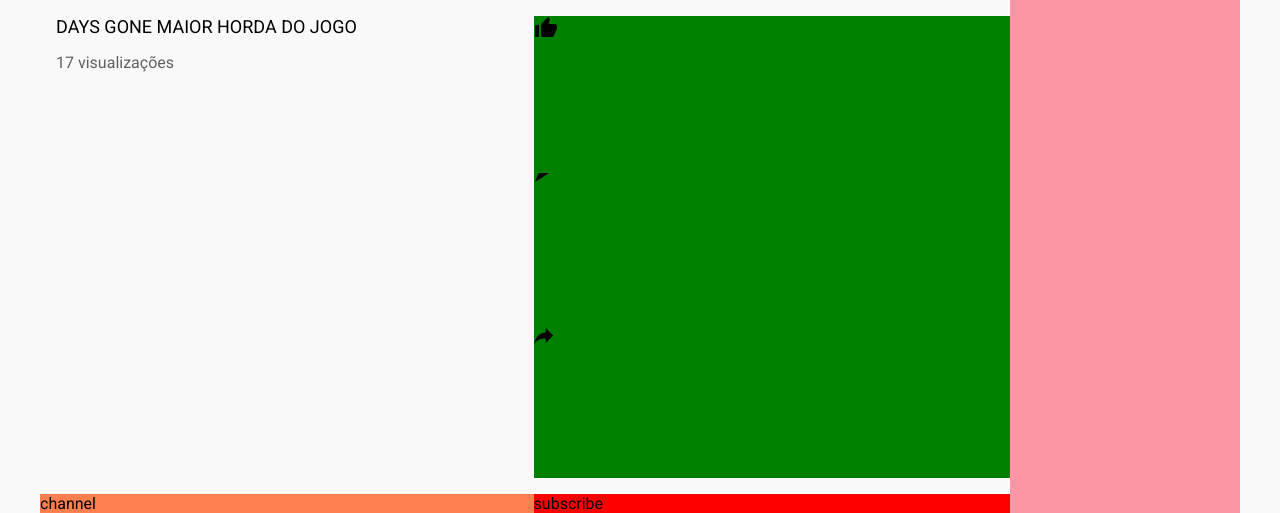
Repository: rafavirginio/clone-do-youtube
Page: index.html
These files come from the project's save history. The page is drawn as it stood at one moment and after the next save; the edit follows.
The browser window is 1280 px wide. The pictures show the part of the page from y = 629 to 1296 px (the page is 1142 px tall before and 1296 px after).

Above is the page before, as saved 2020-10-04 22:25:46.

### index.html
<!DOCTYPE html>
<html lang="pt">

<head>
    <meta charset="UTF-8">
    <meta name="viewport" content="width=device-width, initial-scale=1.0">
    <title>Youtube</title>
    <link rel="stylesheet" href="style.css">
    <link rel="shortcut icon" href="favicon.ico" type="image/x-icon">
    <link href="https://fonts.googleapis.com/css?family=Roboto:400,700&display=swap" rel="stylesheet">
</head>

<body>
    <header>
        <div class="logo">
            <img src="images/youtube.png">
        </div>

        <div class="search">
            <input type="search" placeholder="Pesquisar">
        </div>

        <div class="sign-in">

            <a href="a" class="button">Fazer login </a>
        </div>

    </header>
    <main>
        <section class="video-player">

            <iframe src="https://www.youtube.com/embed/vaApsIZjZYI" frameborder="0" allow="accelerometer; autoplay;
            clipboard-write; encrypted-media; gyroscope; picture-in-picture" allowfullscreen></iframe>
        </section>

        <section class="video-info">
            <h1>DAYS GONE MAIOR HORDA DO JOGO</h1>
            <p class="views">17 visualizações</p>

        </section>
        <section class="actions">
            <div class="action">
                <svg><g><path d="M1
            21h4V9H1v12zm22-11c0-1.1-.9-2-2-2h-6.31l.95-4.57.03-.32c0-.41-.17-.79-.44-1.06L14.17 1 7.59
            7.59C7.22 7.95 7 8.45 7 9v10c0 1.1.9 2 2
            2h9c.83 0 1.54-.5 1.84-1.22l3.02-7.05c.09-
            .23.14-.47.14-.73v-1.91l-.01-.01L23 10z"></path></g></svg>
            </div>

            <div class="action">
                <svg><g><path d="M15 3H6c-.83 0-1.54.5-1.84 1.22l-3.02 7.05c-.09.23-.14.47-.14.73v1.
                    91l.01.01L1 14c0 1.1.9 2 2 2h6.31l-.95 4.57-.03.32c0 .41.17.79.44 1.06L9.83 23l6.59-6.
                    59c.36-.36.58-.86.58-1.41V5c0-1.1-.9-2-2-2zm4 0v12h4V3h-4z"></path></g></svg>
            </div>
            <div class="action">
                <svg><g><path d="M11.7333 8.26667V4L19.2 11.4667L11.7333 18.9333V14.56C6.4 14.56 2.66667 16.2667
                     0 20C1.06667 14.6667 4.26667 9.33333 11.7333 8.26667Z"></path></g></svg>
            </div>
        </section>
        <section class="channel">channel</section>
        <section class="subscribe">subscribe</section>
        <section class="ad">ad</section>
        <section class="up-next">up-next</section>
    </main>


</body>

</html>

### style.css
/* Reset CSS */

* {
    margin: 0;
    padding: 0;
    box-sizing: border-box;
}

body {
    background-color: #f9f9f9;
    font-family: 'roboto', sans-serif;
}

header {
    background-color: white;
    padding: 1rem;
    border-bottom: 2px solid #f2f2f2;
    display: grid;
    grid-template-columns: auto auto auto;
    justify-content: space-between;
    align-items: center;
}

.logo img {
    width: 100px;
}

.search input[type="search"] {
    width: 400px;
    padding: 0.5rem;
    border-radius: 2px;
    border: 1px solid #ccc;
}

.button {
    padding: 0.25rem 1.5rem;
    border: 1px solid #2c5fd5;
    border-radius: 2px;
    color: #2c5fd5;
    font-weight: bold;
    text-decoration: none;
}

main {
    margin: auto;
    display: grid;
    grid-row-gap: 1rem;
    grid-template-areas: "video-player video-player" "video-info video-info" "actions actions" "channel subscribe" "up-next up-next";
}

.video-player {
    grid-area: video-player;
    position: relative;
    padding: 1rem 0 56.25% 1rem;
    height: 0;
    overflow: hidden;
    text-align: center;
}

.video-player iframe,
.video-player object,
.video-player embed {
    position: absolute;
    top: 0;
    left: 0;
    width: 100%;
    height: 100%;
}

.video-info {
    grid-area: video-info;
    padding: 0 0 1rem 1rem;
}

.video-info h1 {
    font-size: 18px;
    font-weight: normal;
    margin-bottom: 1rem;
}

.video-info .views {
    color: #606060;
}

.actions {
    background-color: green;
    grid-area: actions;
}

.channel {
    background-color: coral;
    grid-area: channel;
}

.subscribe {
    background-color: red;
    grid-area: subscribe;
}

.ad {
    background-color: orange;
    grid-area: ad;
}

.up-next {
    background-color: rgb(252, 150, 167);
    grid-area: up-next;
}

@media screen and(max-width: 700px) {
    .search,
    .ad {
        display: none;
    }
}

@media screen and (min-width: 700px) {
    header {
        grid-template-columns: auto auto auto;
    }
    main {
        max-width: 1200px;
        grid-template-areas: "video-player video-player ad" "video-player video-player up-next" "video-info   actions   up-next" "channel      subscribe    up-next";
    }
}

After the next save:
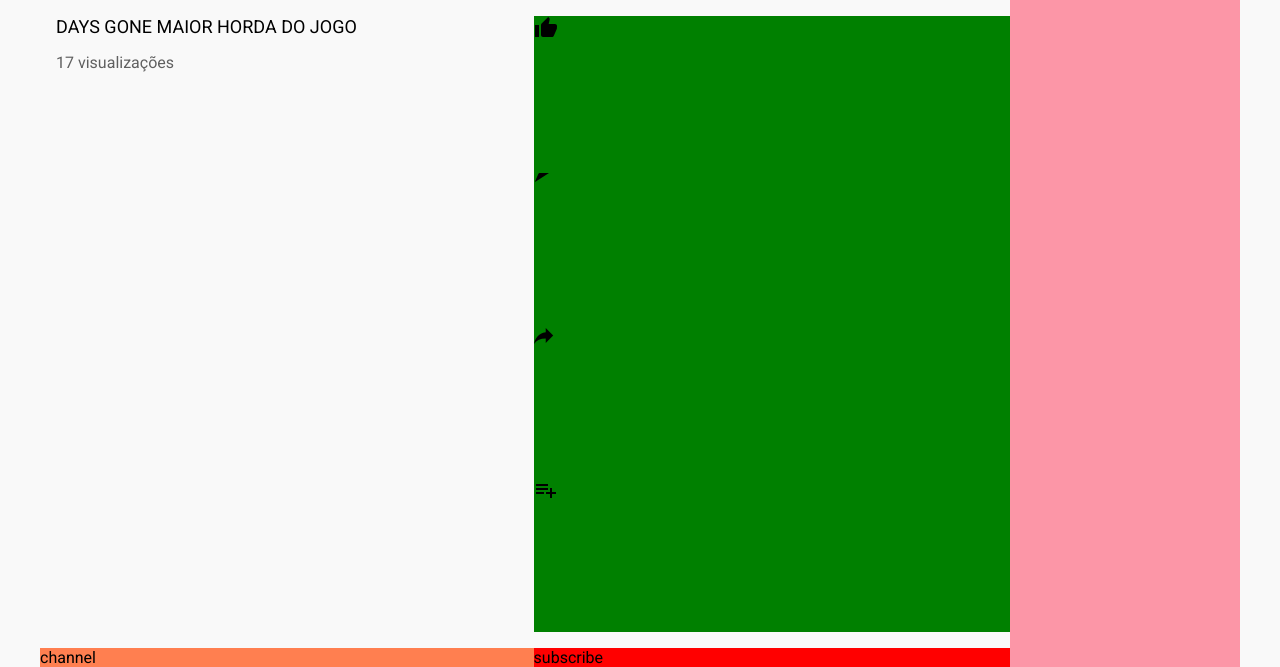
Saved 118 s later.
--- a/index.html
+++ b/index.html
@@ -56,6 +56,10 @@
                 <svg><g><path d="M11.7333 8.26667V4L19.2 11.4667L11.7333 18.9333V14.56C6.4 14.56 2.66667 16.2667
                      0 20C1.06667 14.6667 4.26667 9.33333 11.7333 8.26667Z"></path></g></svg>
             </div>
+
+            <div class="action">
+                <svg><g><path d="M14 10H2v2h12v-2zm0-4H2v2h12V6zm4 8v-4h-2v4h-4v2h4v4h2v-4h4v-2h-4zM2 16h8v-2H2v2z" ></path></g></svg>
+            </div>
         </section>
         <section class="channel">channel</section>
         <section class="subscribe">subscribe</section>
